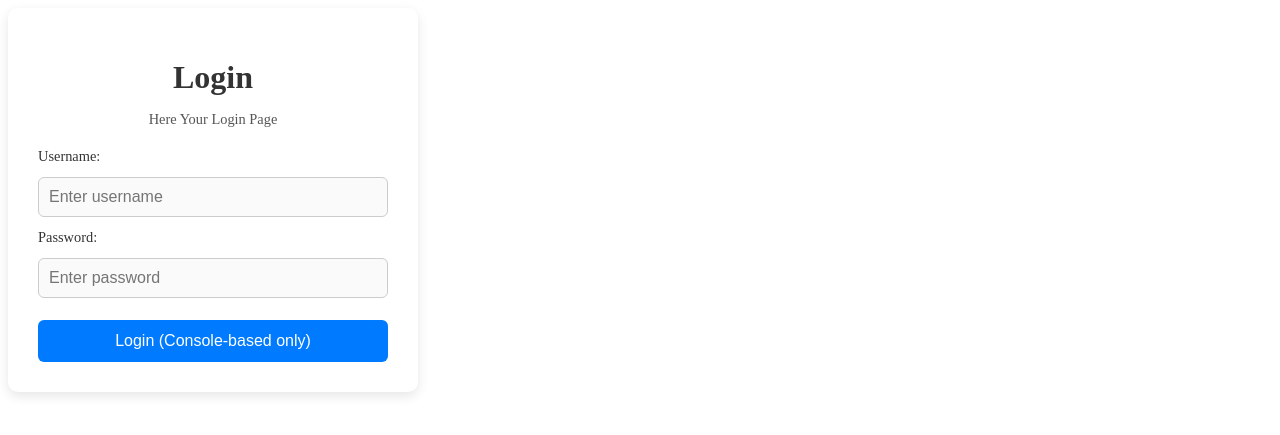
Repository: AdityaTech-Pro/FullStackWithBridgelabz
Page: login form/index.html
An editor plug-in stored every save of this project. The page is shown before and after the next save, followed by the edit.
The browser window is 1280 px wide. The pictures show the whole page.

Above is the page before, as saved 2025-11-17 09:24:34.

After the next save:
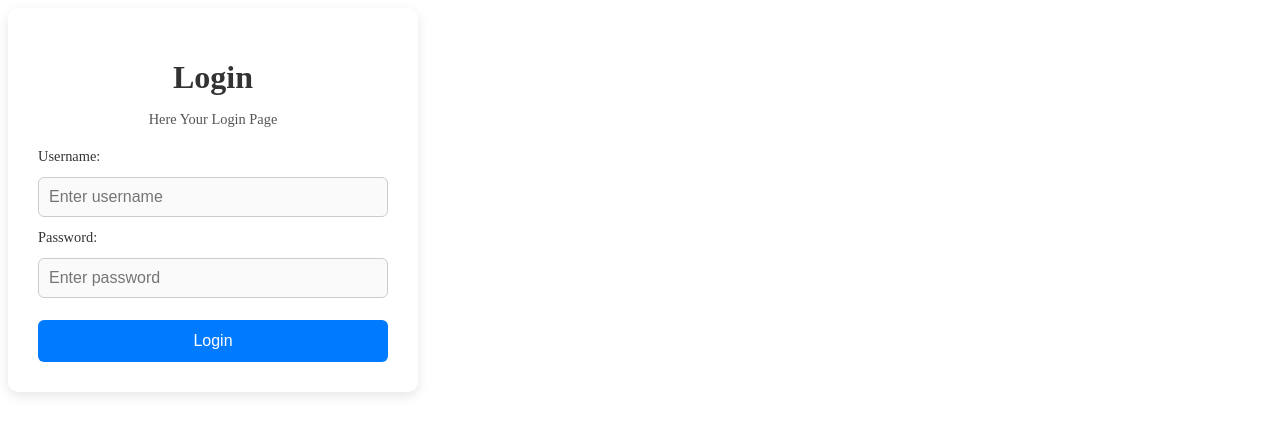
Saved 50 s later.
--- a/login form/index.html
+++ b/login form/index.html
@@ -23,7 +23,7 @@
             <input type="password" placeholder="Enter password" disabled>
 
 
-            <button disabled>Login (Console-based only)</button>
+            <button disabled>Login</button>
         </div>
     </main>
 
